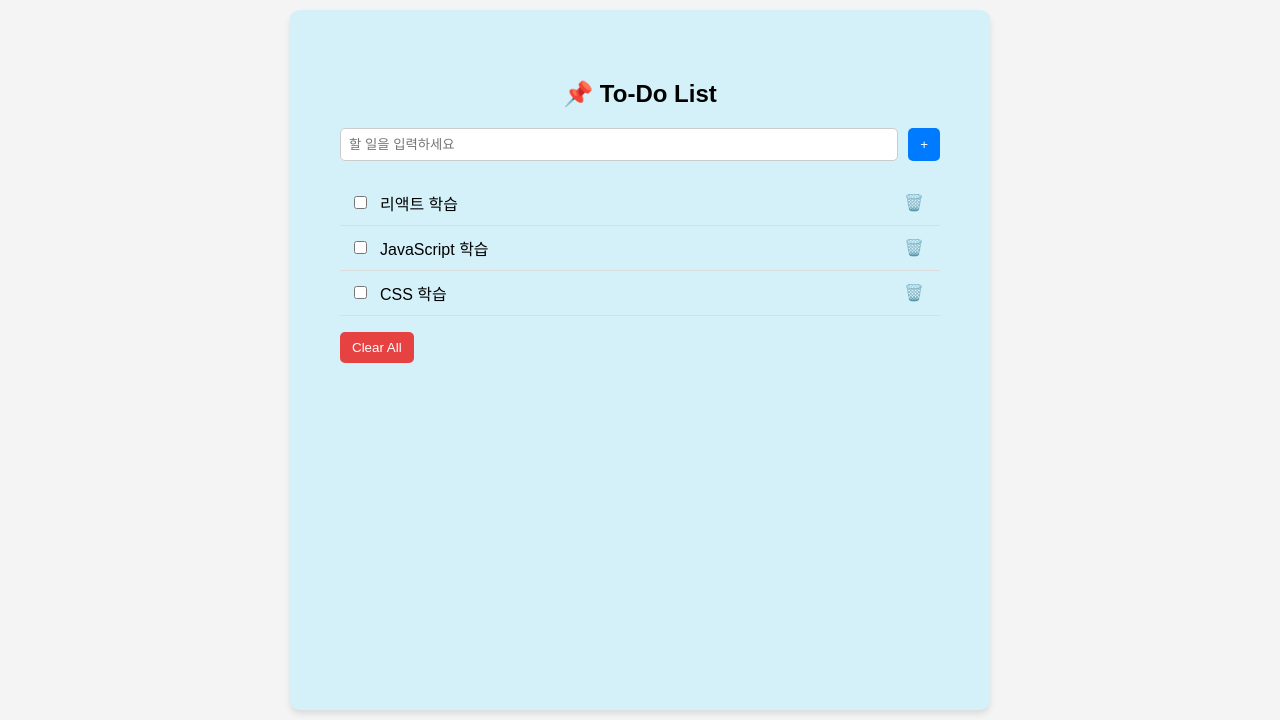
Repository: jongheonleee/todo-list
Page: /
An editor plug-in stored every save of this project. The page is shown before and after the next save, followed by the edit.
The browser window is 1280 px wide. The pictures show the whole page.
The project was rebuilt for these pictures with package versions that can differ from the ones it lists, and the page was loaded fresh each time.

Above is the page before, as saved 2025-02-20 13:21:20.

After the next save:
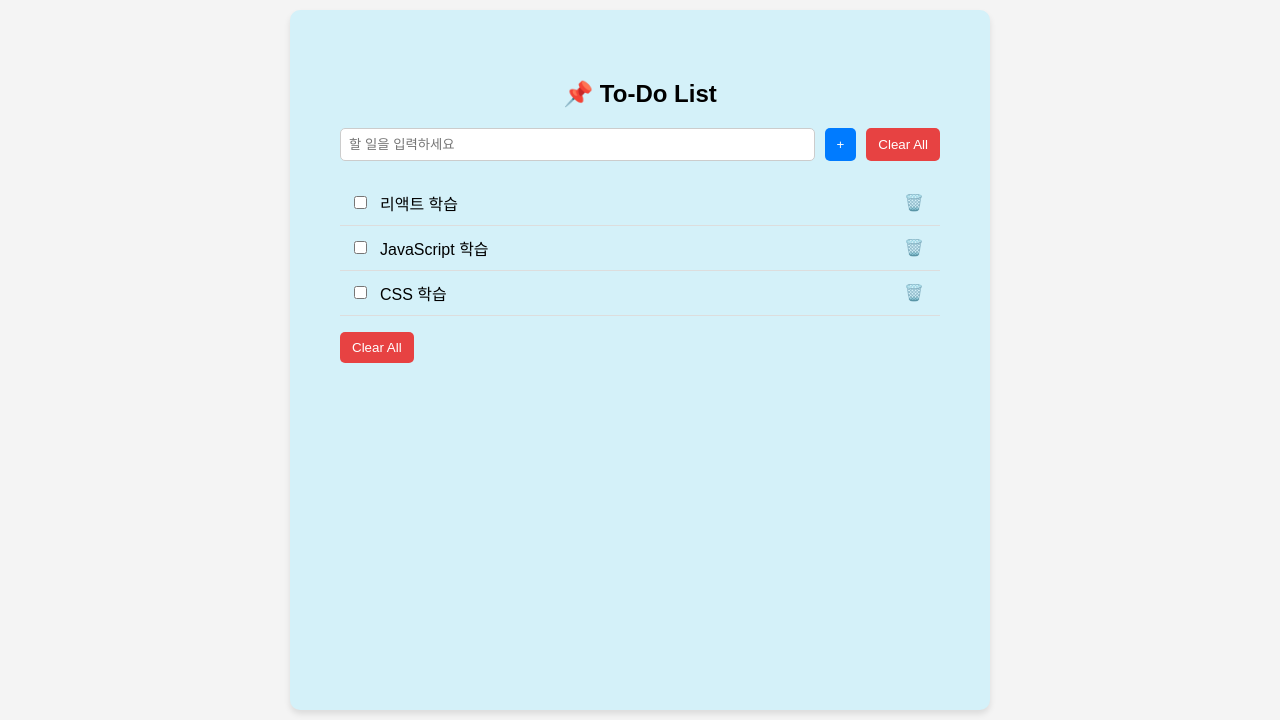
Saved 63 s later.
--- a/src/components/InputForm.js
+++ b/src/components/InputForm.js
@@ -1,7 +1,7 @@
 import React from "react";
 import "./InputForm.css";
 
-const InputForm = ({ handleSubmit, handleText }) => {
+const InputForm = ({ handleSubmit, handleText, clearItems }) => {
     return (
         <form
             className="input-area"
@@ -18,6 +18,13 @@ const InputForm = ({ handleSubmit, handleText }) => {
             >
             +
             </button>
+            {/* 모두 삭제 처리 */}
+            <button
+                onClick={clearItems}
+                className="clear-btn"
+            >
+            Clear All
+            </button>
         </form>
     );
 }
